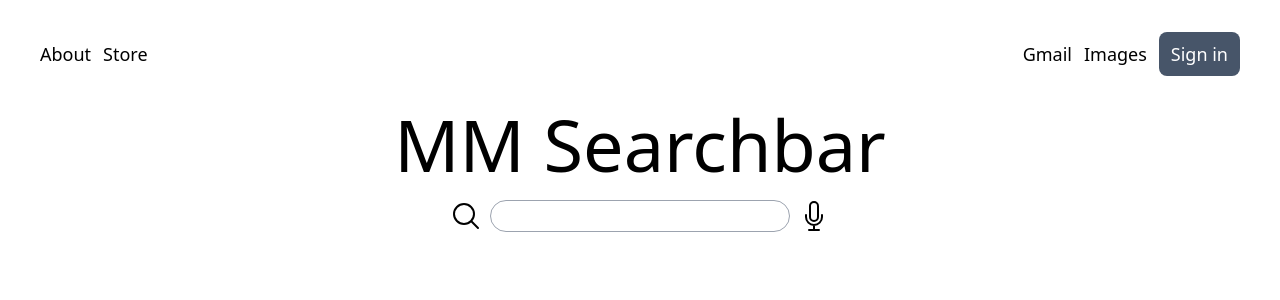
Repository: michalmilek/minigoogle
Page: /
These files come from the project's save history. The page is drawn as it stood at one moment and after the next save; the edit follows.
The browser window is 1280 px wide. The pictures show the whole page.
The page's requests for data from a server got no answer. The project was rebuilt for these pictures with package versions that can differ from the ones it lists, and the page was loaded fresh each time. The framework's server and built-in components were replaced by stand-ins that run in the browser. No one was signed in, and anything a server would have sent is missing. Also part of the build but not shown: next.config.js.

Above is the page before, as saved 2023-02-13 13:24:18.

After the next save:
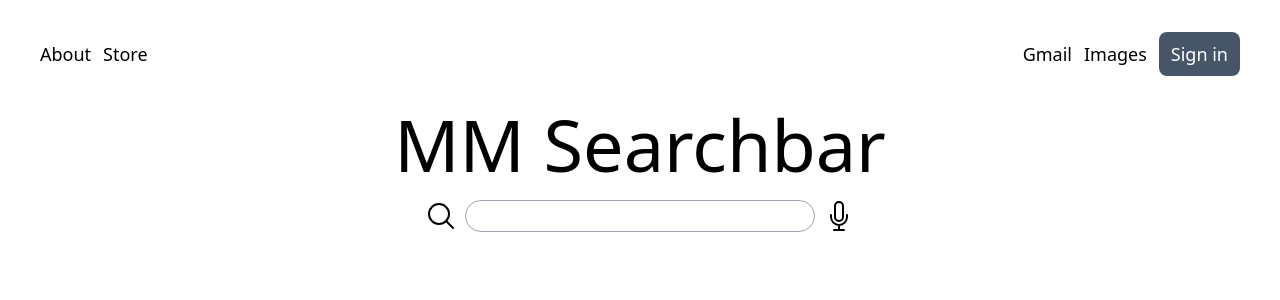
Saved 14 s later.
--- a/pages/index.tsx
+++ b/pages/index.tsx
@@ -32,7 +32,7 @@
           <MagnifyingGlassIcon className="h-8" />
           <input
             type="text"
-            className="border w-[300px] border-gray-400 rounded-full"
+            className="border w-[350px] border-gray-400 rounded-full"
           />
           <MicrophoneIcon className="h-8" />
         </div>
